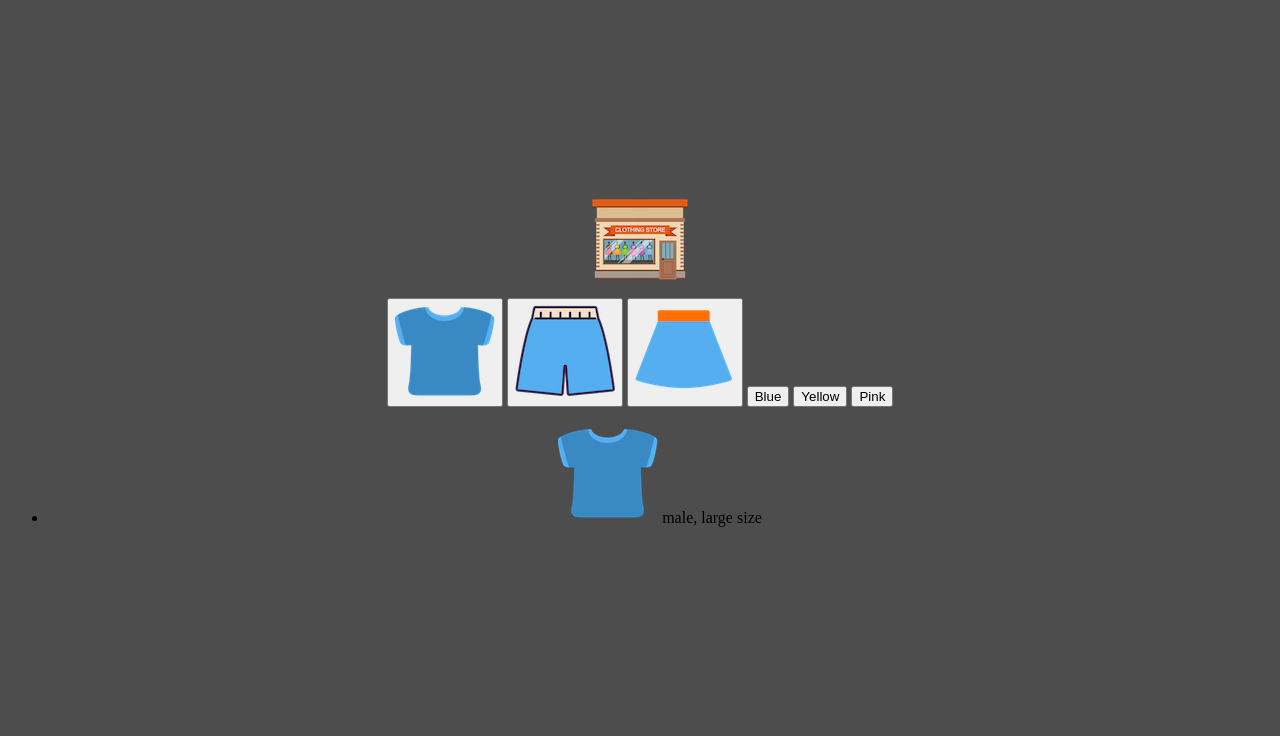
Repository: keehoonjung/Shoppingmall-Game
Page: index.html
The author's editor kept a copy of each file at every save. The page is drawn from the files as they stood at one save, then again after the next save.
The browser window is 1280 px wide. The pictures show the whole page.

Above is the page before, as saved 2021-08-12 19:20:47.
Console error: TypeError: Cannot read properties of null (reading 'addEventListener')

### index.html
<!DOCTYPE html>
<html lang="en">
<head>
    <meta charset="UTF-8">
    <meta http-equiv="X-UA-Compatible" content="IE=edge">
    <meta name="viewport" content="width=device-width, initial-scale=1.0">
    <title>Shoppingamll Game</title>
    <link rel="stylesheet" href="style.css">
    <script src="main.js" defer></script>
</head>
<body>
    <header class="header">
        <img src="./imgs/logo.png" alt="header" class="header__logo">
    </header>
    <section class="buttons type">
        <button class="button">
            <img src="./imgs/blue_t.png" alt="shirt" class="shirt">
        </button>
        <button class="button type">
            <img src="./imgs/blue_p.png" alt="pants" class="pants">
        </button>
        <button class="button type">
            <img src="./imgs/blue_s.png" alt="" class="skirt">
        </button>
        <button class="button color blue">
            Blue
        </button>
        <button class="button color yellow">
            Yellow
        </button>
        <button class="button color pink">
            Pink
        </button>
    </section>
    <ul class="items">
        <li class="item" data-type="shirt" data-color="blue">
            <img src="./imgs/blue_t.png" alt="blueshirt" class="item__thumbnail">
            <span class="item__description">male, large size</span>
        </li>
    </ul>
</body>
</html>

### style.css
:root {
  /* color */
  --color-white: #ffffff;
  --color-dark-grey: #4d4d4d;
  --color-blue: #73aace;
  --color-orange: #feb546;
  --color-pink: #fd7bcc;

  /* fontsize */
  --font-size: 18px;

  /* animatione */
  --animation-duration: 300ms;

  /* basic space */
  --basic-space: 8px;

  /* border */
  --border-size: 8px;
}

body {
  background-color: var(--color-dark-grey);
  display: flex;
  flex-direction: column;
  justify-content: center;
  text-align: center;
  height: 100vh;
}

/* ul {
  list-style: none;
}

button {
  outline: none;
  border-radius: 6px;
  display: inline-block;
  height: 50px;
  padding: 8px 12px;
  font-size: 18px;
  cursor: pointer;
  transition: transform 300ms ease-in;
}

button:hover {
  transform: scale(1.1);
}

.header__logo {
  width: 125px;
  cursor: pointer;
  transition: transform 300ms ease-in;
}

.header__logo:hover {
  transform: scale(1.1);
}

.filter {
  display: flex;
  justify-content: center;
  margin: 0;
  padding: 0;
  padding-left: 60px;
}

.filter__btn {
  padding-right: 24px;
}

.filter__btn img {
  height: 50px;
  cursor: pointer;
  transition: transform 300ms ease-in;
}

.filter__btn img:hover {
  transform: scale(1.1);
}

.blue {
  background-color: rgb(90, 167, 235);
}

.yellow {
  background-color: yellow;
}

.pink {
  background-color: pink;
}

.items {
  padding: 0;
  overflow-y: auto;
  height: 500px;
}

.item {
  background-color: white;
  margin-bottom: 12px;
  width: 500px;
  height: 60px;
  margin: 12px auto;
  border-radius: 8px;
  display: flex;
  align-items: center;
  padding-left: 30px;
}

.item.visible {
  display: flex;
}

.item img {
  height: 50px;
}

.item span {
  margin-left: 25px;
} */

### main.js
"use strict";

const navi = document.querySelector(".filter");
const itemList = document.querySelector(".items");
const allItem = Array.from(document.querySelectorAll(".item"));
const headerLogo = document.querySelector(".header__logo");

headerLogo.addEventListener("click", () => {
  createAll();
});

navi.addEventListener("click", (evnet) => {
  const tag = event.target.tagName;
  const targetName = event.target.classList.value;
  if (tag == "IMG") {
    const items = allItem.filter((item) => item.dataset.type == targetName);
    deleteAll();
    items.forEach((item) => {
      item.classList.add("visible");
    });
  } else if (tag == "BUTTON") {
    const items = allItem.filter((item) => item.dataset.color == targetName);
    deleteAll();
    items.forEach((item) => {
      item.classList.add("visible");
    });
  }
});

function deleteAll() {
  allItem.forEach((item) => {
    item.classList.remove("visible");
  });
}

function createAll() {
  allItem.forEach((item) => {
    item.classList.add("visible");
  });
}

After the next save:
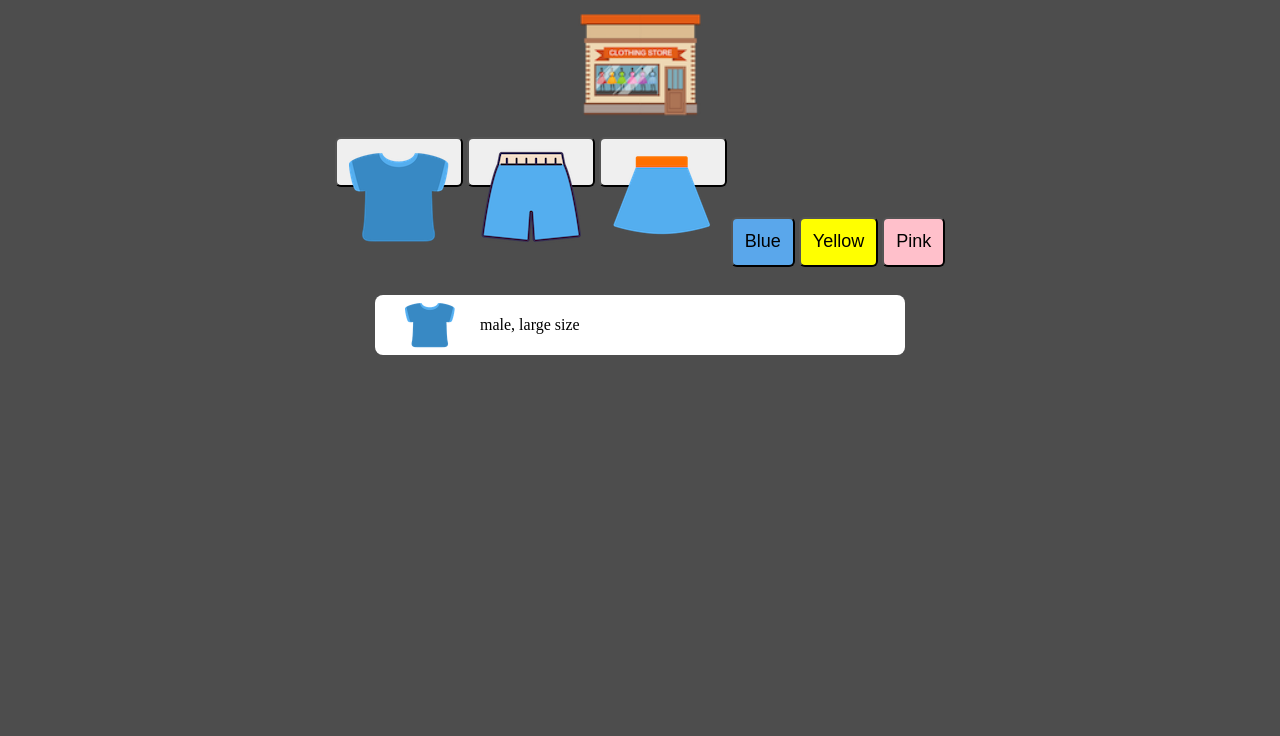
Saved 33 s later.
--- a/style.css
+++ b/style.css
@@ -28,7 +28,7 @@ body {
   height: 100vh;
 }
 
-/* ul {
+ul {
   list-style: none;
 }
 
@@ -119,4 +119,4 @@ button:hover {
 
 .item span {
   margin-left: 25px;
-} */
+}
